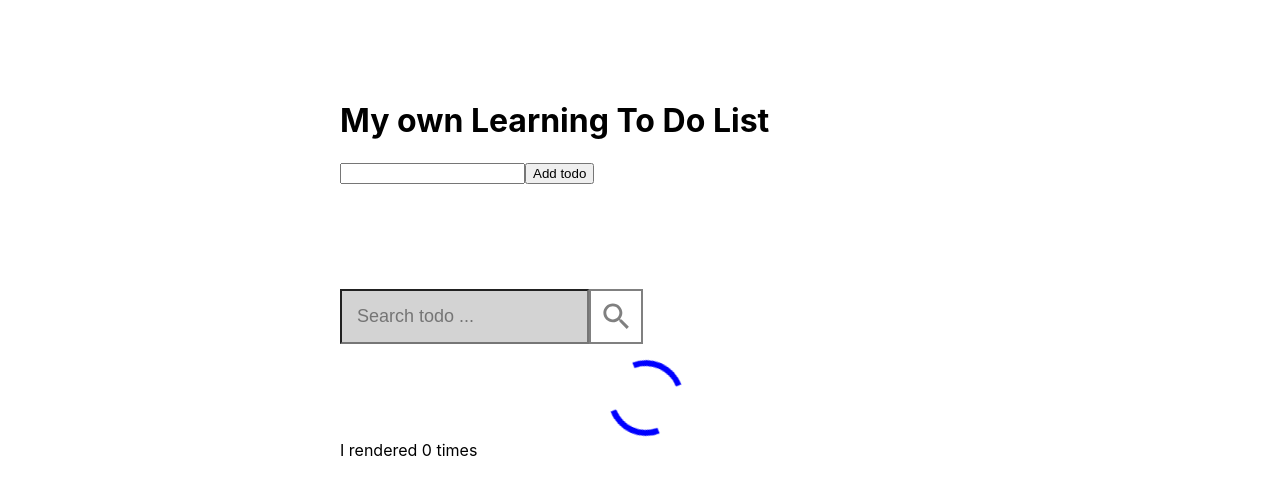
Repository: ArusyakAghajanyan/To-Do
Page: /
An editor plug-in stored every save of this project. The page is shown before and after a run of saves, followed by the edit.
The browser window is 1280 px wide. The pictures show the whole page.
The page's requests for data from a server got no answer. The project was rebuilt for these pictures with package versions that can differ from the ones it lists, and the page was loaded fresh each time. No one was signed in, and anything a server would have sent is missing. Also part of the build but not shown: src/Todo/TodoItem.js, src/Todo/TodoList.js.

Above is the page before, as saved 2022-03-14 09:57:52.

After the next 2 saves:
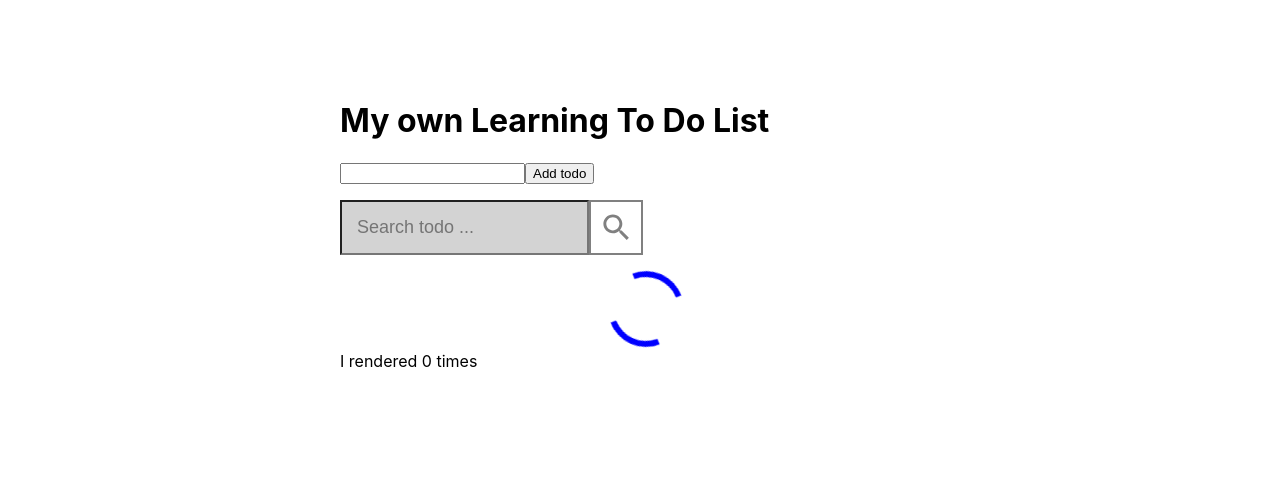
The 2 saves are shown as one change because they came seconds apart.
The last was saved 21 s later.
--- a/src/Search/SearchBar.css
+++ b/src/Search/SearchBar.css
@@ -1,5 +1,5 @@
 .searchInputs {
-    margin-top: 105px;
+    margin-top: 0px;
     display: flex;
   }
 
